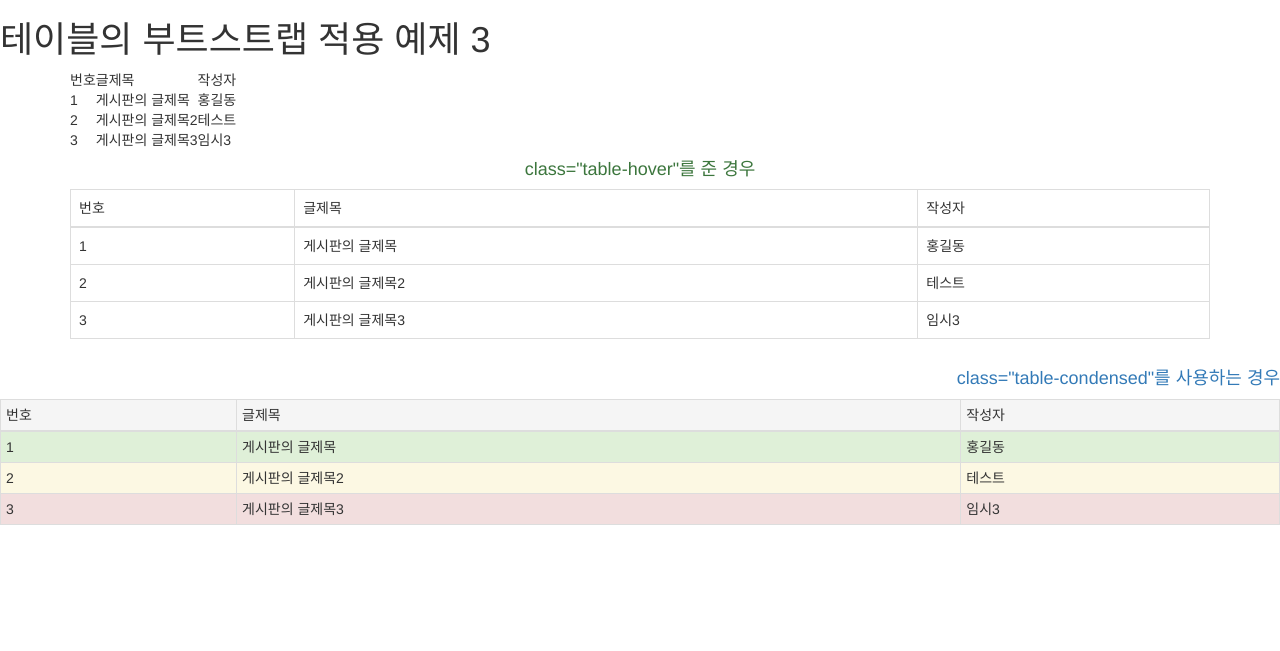
Repository: RYE415/4.jsp
Page: BootstrapTest/src/main/webapp/3.table/table3.html
These files come from the project's save history. The page is drawn as it stood at one moment and after the next save; the edit follows.
The browser window is 1280 px wide. The pictures show the whole page.
Some web libraries are served in a nearby version.

Above is the page before, as saved 2022-08-08 06:31:54.

After the next save:
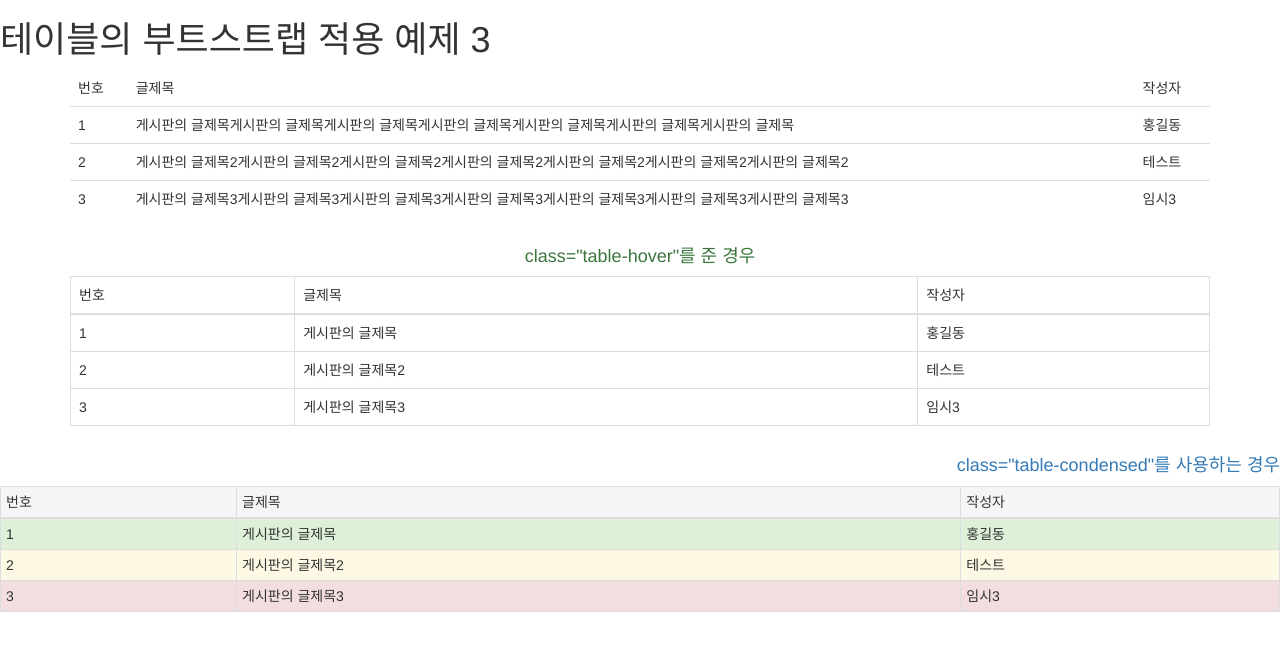
Saved 4 min 1 s later.
--- a/BootstrapTest/src/main/webapp/3.table/table3.html
+++ b/BootstrapTest/src/main/webapp/3.table/table3.html
@@ -26,7 +26,9 @@
     =>폭이 줄어들면 자동적으로 스크롤바가 생성->td의 내용이 적으면 반영X
      -->
     <div class="container">
-    	<table>
+    <div class="table-responsive">
+    	<table class="table">
+    	<div></div>
     		<thead><!-- 타이틀 제목에 해당되는 tr을 묶어주는 역할 -->
     			<tr>
     				<td>번호</td><td>글제목</td><td>작성자</td>
@@ -34,17 +36,17 @@
     		</thead>
     		<tbody><!-- 본문내용을 묶어주는 역할(tbody) -->
     			<tr>
-    				<td>1</td><td>게시판의 글제목</td><td>홍길동</td>
+    				<td>1</td><td>게시판의 글제목게시판의 글제목게시판의 글제목게시판의 글제목게시판의 글제목게시판의 글제목게시판의 글제목</td><td>홍길동</td>
     			</tr>
     			<tr>
-    				<td>2</td><td>게시판의 글제목2</td><td>테스트</td>
+    				<td>2</td><td>게시판의 글제목2게시판의 글제목2게시판의 글제목2게시판의 글제목2게시판의 글제목2게시판의 글제목2게시판의 글제목2</td><td>테스트</td>
     			</tr>
     			<tr>
-    				<td>3</td><td>게시판의 글제목3</td><td>임시3</td>
+    				<td>3</td><td>게시판의 글제목3게시판의 글제목3게시판의 글제목3게시판의 글제목3게시판의 글제목3게시판의 글제목3게시판의 글제목3</td><td>임시3</td>
     			</tr>
     		</tbody>
     	</table>
-
+    	</div>
     		<!-- 4.class="table-hover"(각 행에 마우스를 갖다대면 색상 변경) -->
     	<h4 class="text-success text-center">
     		class="table-hover"를 준 경우
